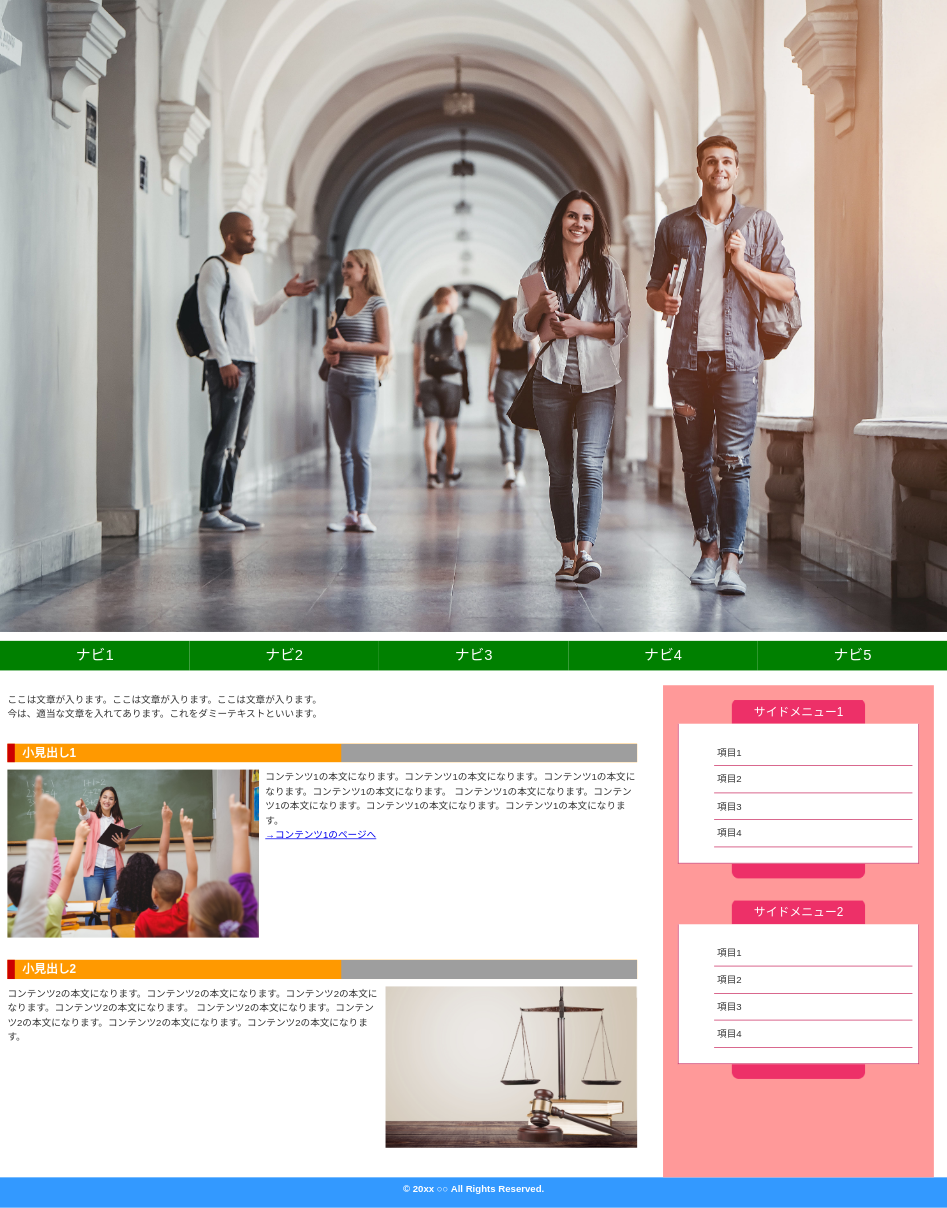
Repository: YN-program/samurai_HTML-CSS
Page: home.html
The author's editor kept a record of every edit. The page is drawn from the files as they stood at one moment, then again after the next edit.
The browser window is 1280 px wide. The pictures show the whole page, at 74% of full size.
Pictures or frames that could not be fetched are drawn as grey boxes.

Above is the page before.

After the next edit:
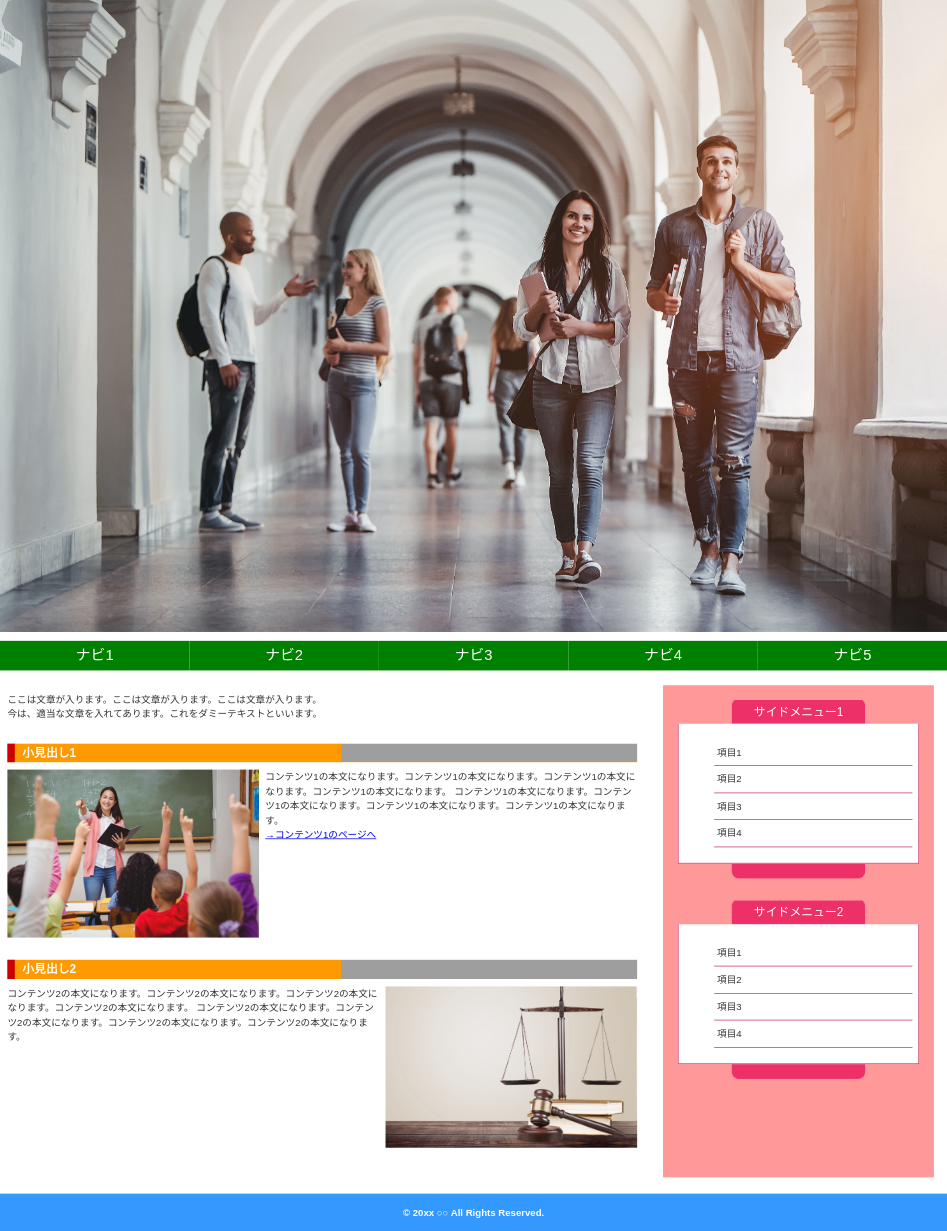
The edit:
--- a/stylesheet.css
+++ b/stylesheet.css
@@ -47,6 +47,10 @@
 	color: #FFF;
 	font-weight: bold;
 	text-align: center;
+
+	/*  wrapper に当たっているため、footerのpaddingが広がらず、文字が中央に寄らない
+        margin-bottomを指定して、空間を確保する */
+    margin-top:2rem;
 }
 
 /* -------------------- nav -------------------- */
